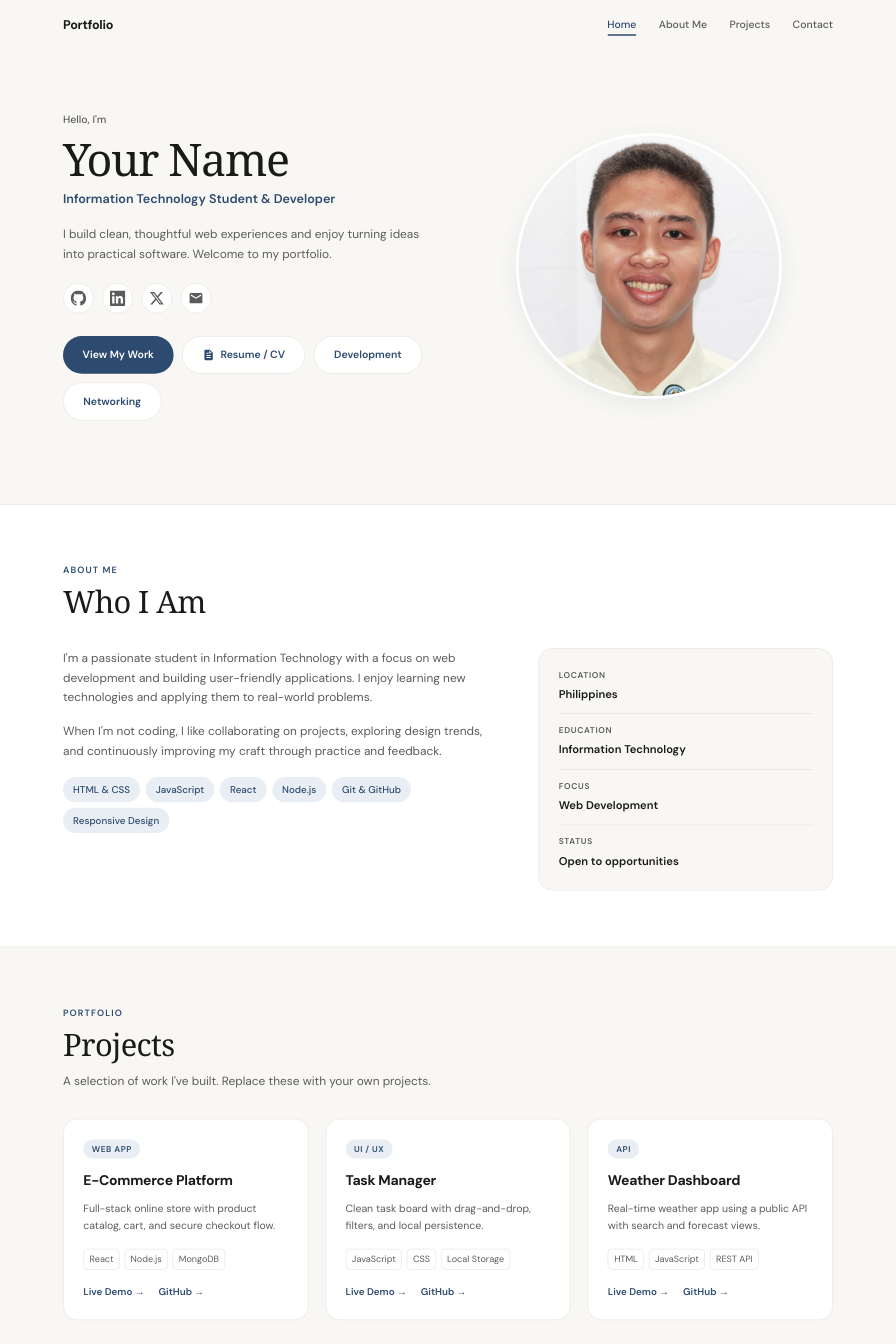
Repository: CodeJack0/Professional_Portfolio
Page: index.html
These files come from the project's save history. The page is drawn as it stood at one moment and after the next save; the edit follows.
The browser window is 1280 px wide. The pictures show the part of the page from y = 0 to 1920 px (the page is 2997 px tall), at 70% of full size.
Some web fonts or font styles are not loaded; a fallback is used.

Above is the page before, as saved 2026-05-29 21:54:44.

After the next save:
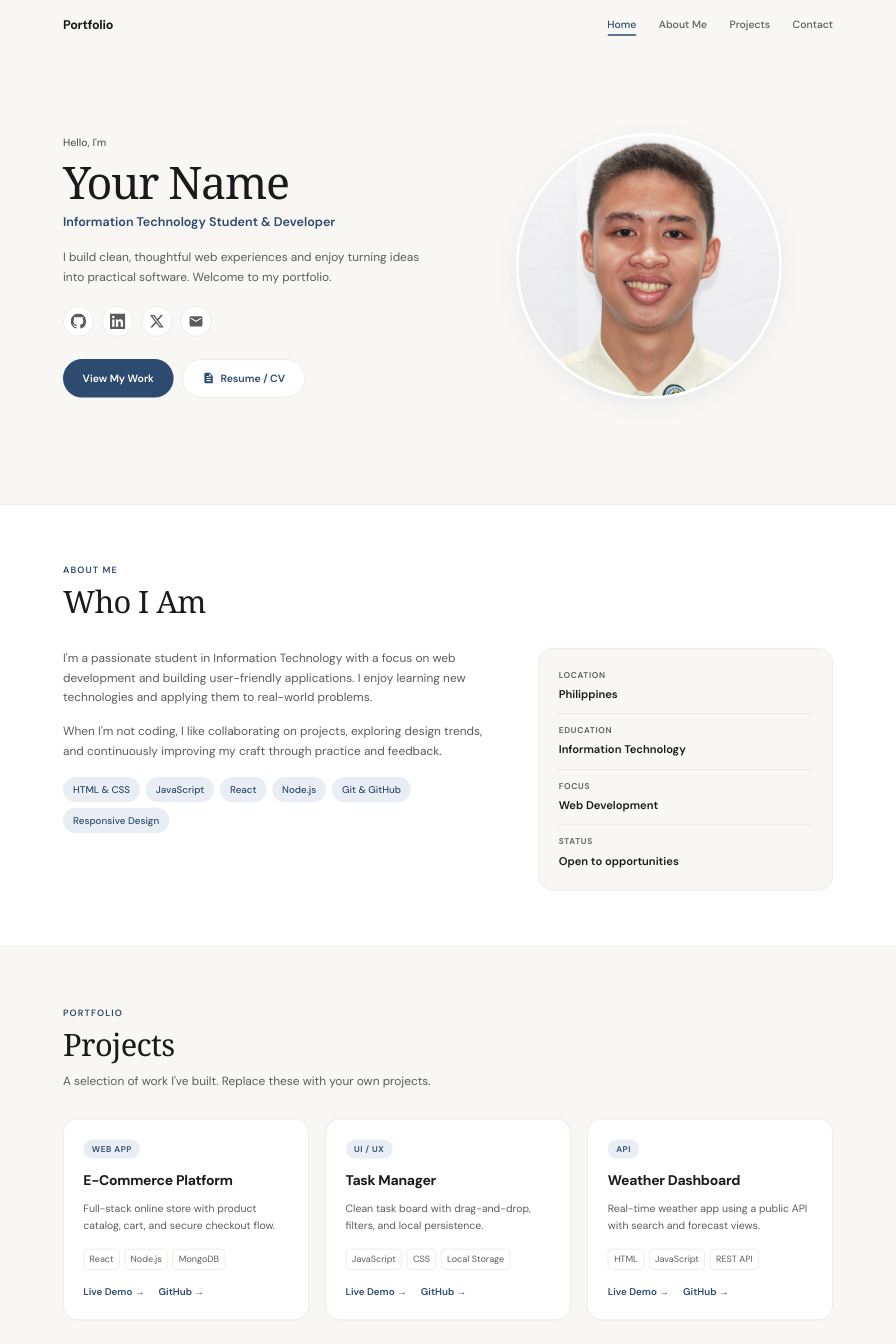
Saved 3 min 42 s later.
--- a/index.html
+++ b/index.html
@@ -56,12 +56,10 @@
           </div>
           <div class="hero-actions">
             <a href="#projects" class="btn btn-primary">View My Work</a>
-            <a href="pages/resume.html" class="btn btn-secondary">
+            <a href="pages/resumes.html" class="btn btn-secondary">
               <svg viewBox="0 0 24 24" width="18" height="18" aria-hidden="true"><path fill="currentColor" d="M14 2H6a2 2 0 0 0-2 2v16a2 2 0 0 0 2 2h12a2 2 0 0 0 2-2V8l-6-6zm-1 2 5 5h-5V4zM8 12h8v2H8v-2zm0 4h8v2H8v-2zm0-8h4v2H8V8z"/></svg>
               Resume / CV
             </a>
-            <a href="pages/resume_development.html" class="btn btn-secondary">Development</a>
-            <a href="pages/resume_networking.html" class="btn btn-secondary">Networking</a>
           </div>
         </div>
         <div class="hero-image-wrap">
